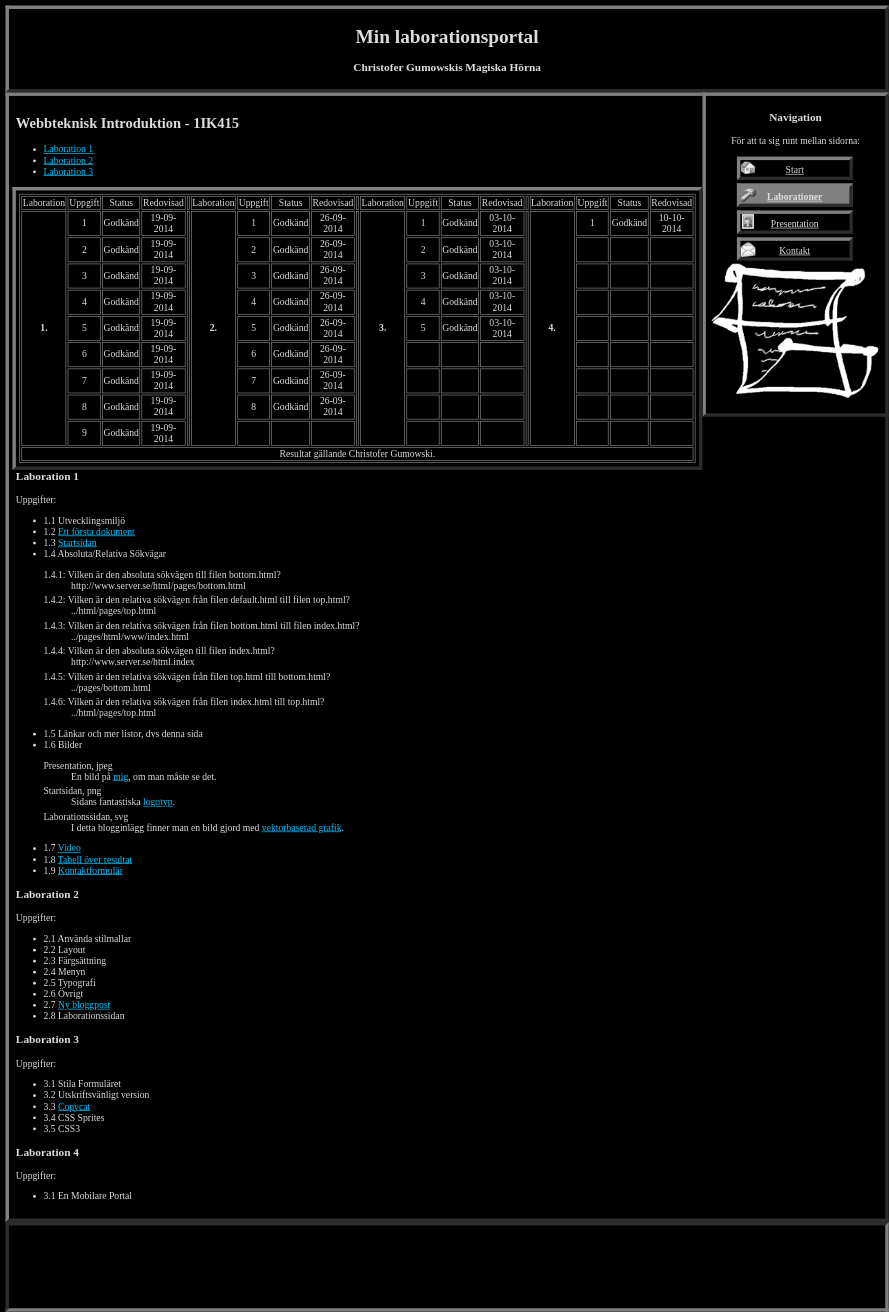
Repository: cg222im/1IK415_cg222im
Page: pages/laborationer.html
The author's editor kept a record of every edit. The page is drawn from the files as they stood at one moment, then again after the next edit.
The browser window is 1280 px wide. The page is 1288 px wide, so the pictures cover 1288 px, including what lies to the right of the window. The pictures show the whole page, at 69% of full size.

Above is the page before.

After the next edit:
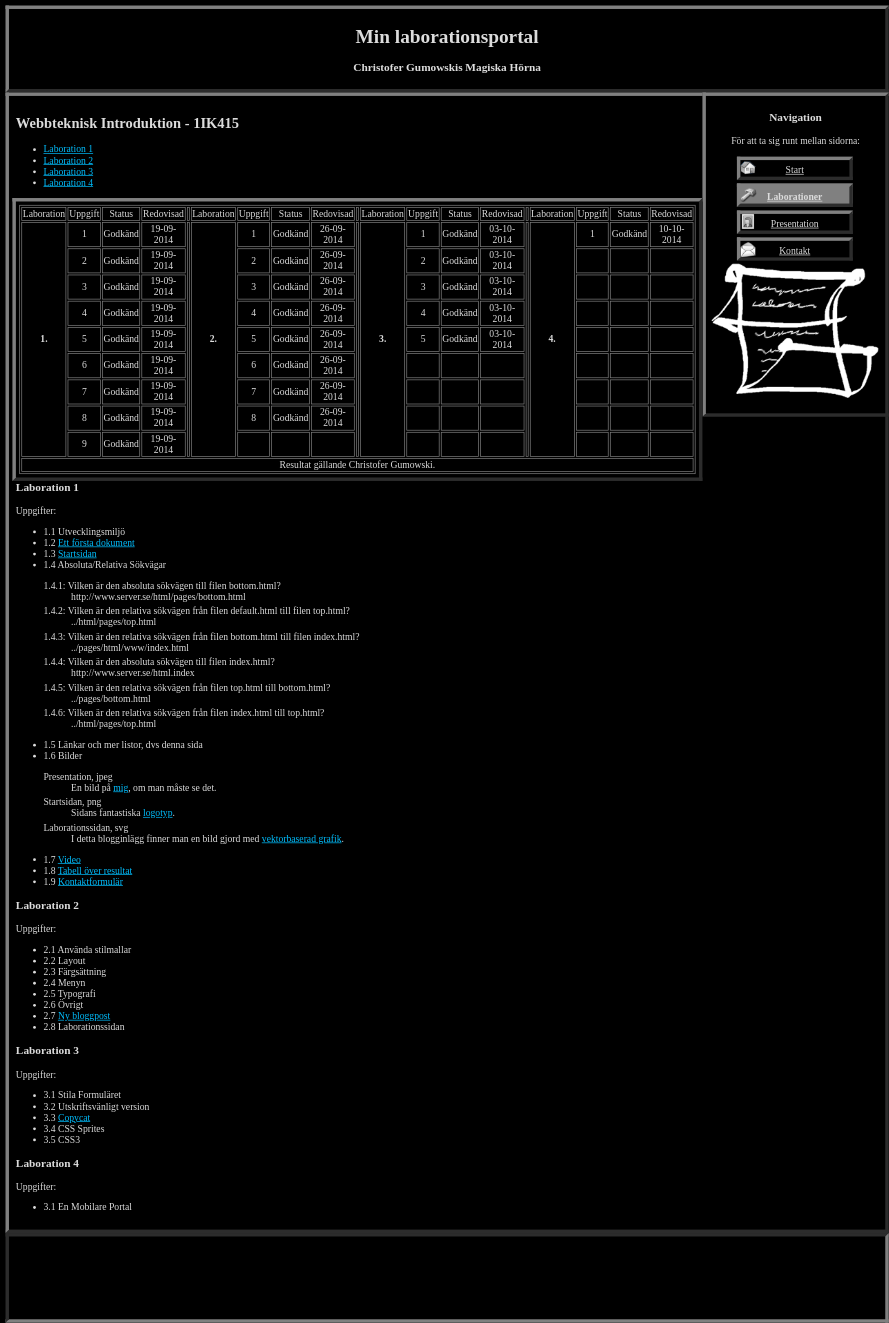
The edit:
--- a/pages/laborationer.html
+++ b/pages/laborationer.html
@@ -53,6 +53,8 @@
                     </li>
                     <li><a href="#Laboration3">Laboration 3</a>
                     </li>
+                    <li><a href="#Laboration4">Laboration 4</a>
+                    </li>
                 </ul>
 
                 <div id="table">
